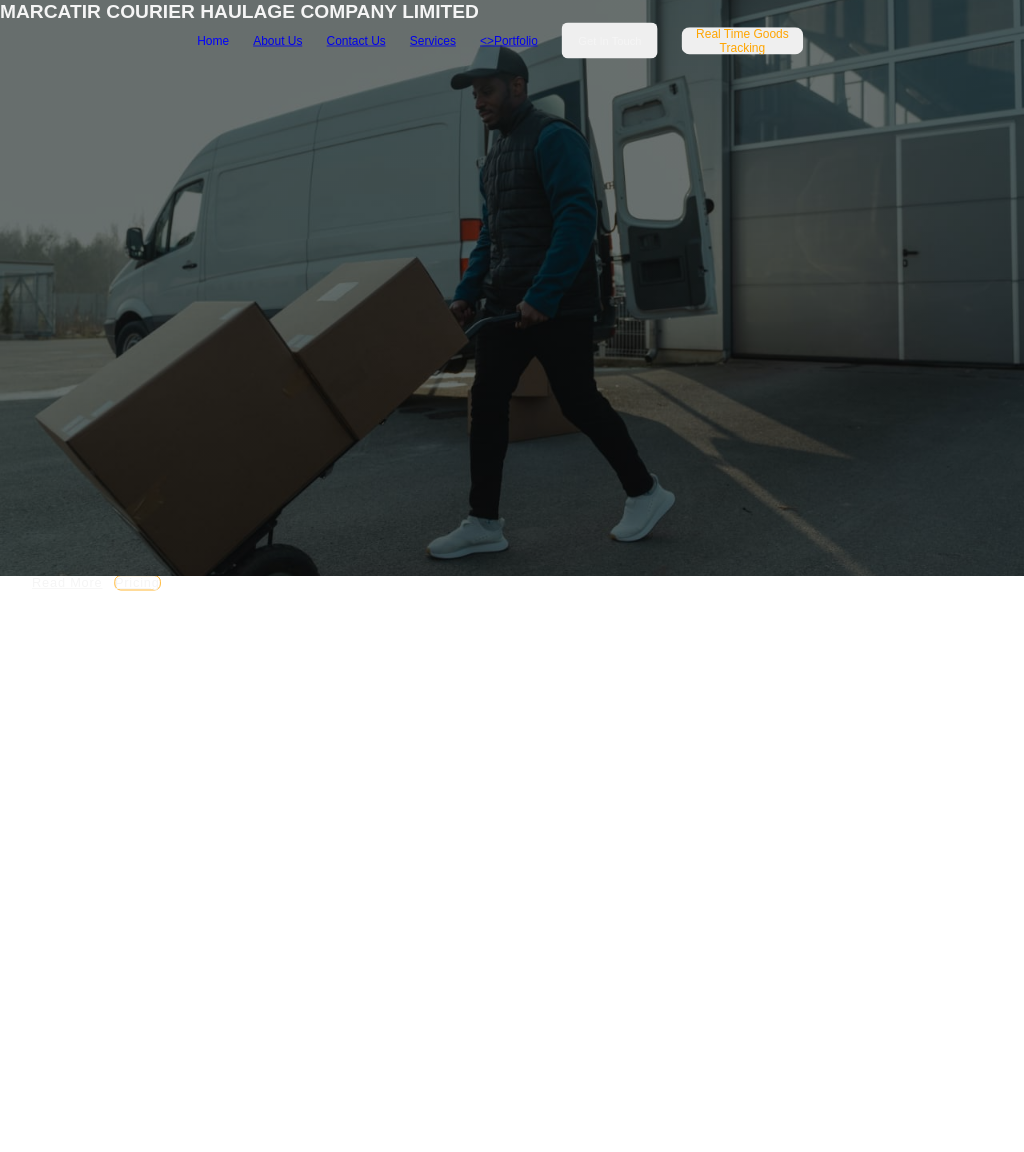
Repository: YagahAi/MARCATIR
Page: INDEX.HTML
The author's editor kept a copy of each file at every save. The page is drawn from the files as they stood at one save, then again after the next save.
The browser window is 1280 px wide. The pictures show the whole page, at 80% of full size.

Above is the page before, as saved 2023-09-15 02:29:48.

After the next save:
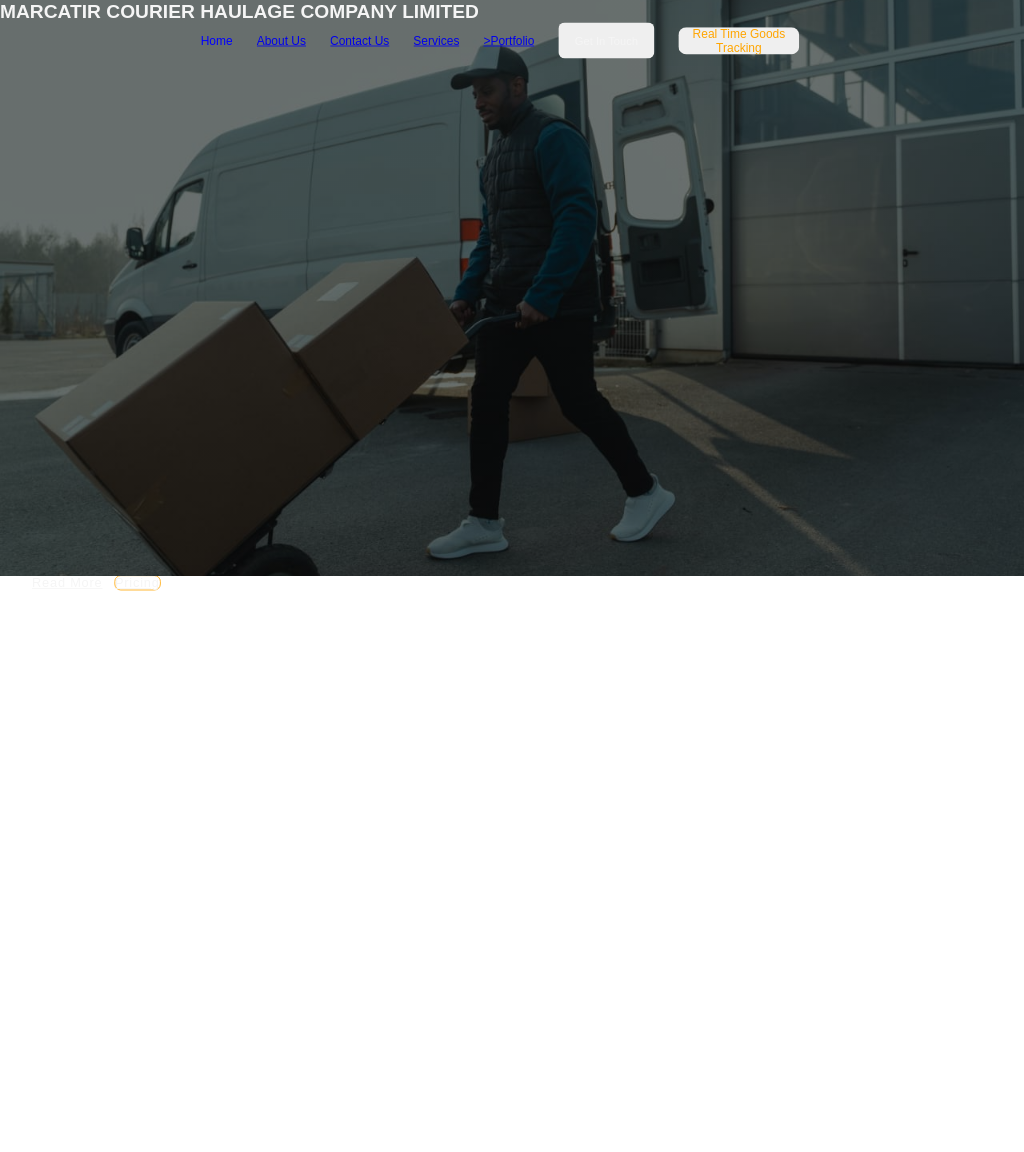
Saved 7 s later.
--- a/INDEX.HTML
+++ b/INDEX.HTML
@@ -15,7 +15,7 @@
                 <li><a href="/aboutus.html">About Us</a></li>
                 <li><a href="/contactus.html">Contact Us</a></li>
                 <li><a href="services.html">Services</a></li>
-                <li><a href="portfolio.html"><></>Portfolio</a></li>
+                <li><a href="portfolio.html">>Portfolio</a></li>
                 <li><a href="/form.html" target="_blank"><button class="btn">Get In Touch</button></a></li>
                 <li><button class="btn2">Real Time Goods Tracking</button></li>
 
